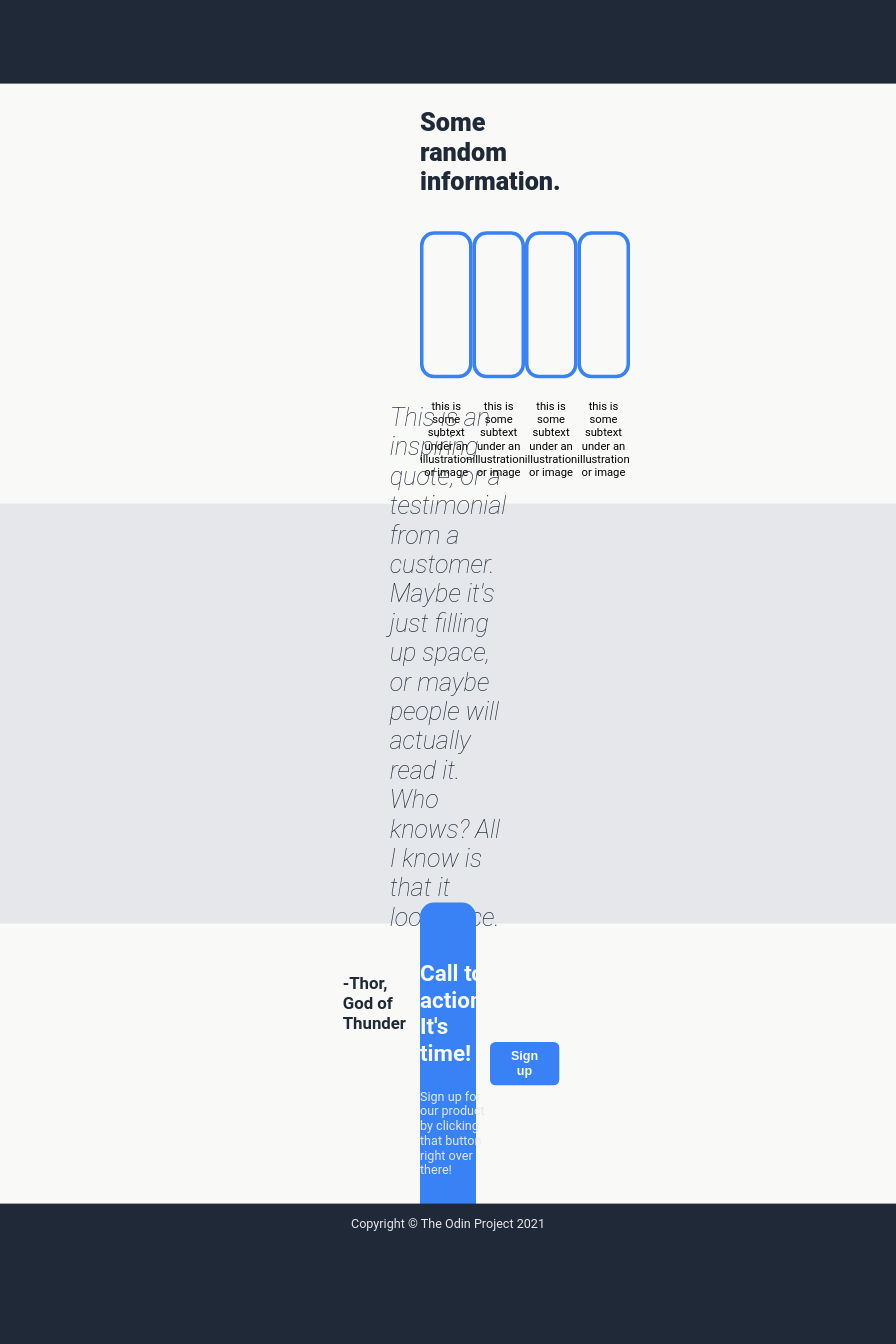
Repository: rsoetydev/landing-page
Page: index.html
The author's editor kept a copy of each file at every save. The page is drawn from the files as they stood at one save, then again after the next save.
The browser window is 1280 px wide. The pictures show the part of the page from y = 758 to 2678 px (the page is 2678 px tall before and 2578 px after), at 70% of full size.

Above is the page before, as saved 2023-11-28 10:53:09.

### index.html
<!DOCTYPE html>
<html lang="en">
<head>
    <meta charset="UTF-8">
    <meta name="viewport" content="width=device-width, initial-scale=1.0">
    <title>Landing Page</title>
    <link rel="stylesheet" href="style.css">
</head>
<body>
    <div class="header">
        <h2 class="header-logo">Header Logo</h2>
        <p class="link-1">header link 1 </p>
        <p class="link-2">header link 2</p>
        <p class="link-3"> header link 3</p>
    </div>

    <div class="hero">
        <div class="hero-text">
            <h1 class="hero-title">This website is awesome</h1>
            <p class="hero-subtext">This website has some subtext that goes here under the main title. It's smaller font and the color is lower contrast</p>
            <button class="sign-up">Sign up</button>
        </div>
        <div class="hero-image-cont">
            this is a placeholder for an image
        </div>
    </div>

    <div class="info">
        <h2 class="info-title">Some random information.</h2>
        <div class="item-cont">
            <div class="item">
                <div class="item-pic"></div>
                <div class="item-text">this is some subtext under an illustration or image</div>
            </div>
            <div class="item">
                <div class="item-pic"></div>
                <div class="item-text">this is some subtext under an illustration or image</div>
            </div>
            <div class="item">
                <div class="item-pic"></div>
                <div class="item-text">this is some subtext under an illustration or image</div>
            </div>
            <div class="item">
                <div class="item-pic"></div>
                <div class="item-text">this is some subtext under an illustration or image</div>
            </div>
        </div>
    </div>

    <div class="quote">
        <p class="quote-text">
            This is an inspiring quote, or a testimonial from a customer. Maybe it's just filling up space, or maybe people will actually read it. Who knows? All I know is that it looks nice.
        </p>
        <p class="quote-author">-Thor, God of Thunder</p>
    </div>

    <div class="c2a">
        <div class="c2a-sub">
            <div class="c2a-text-container">
                <h3>Call to action! It's time!</h3>
                <p class="c2a-text">Sign up for our product by clicking that button right over there!</p>
            </div>
            <button class="c2a-sign-up">Sign up</button>
        </div>
    </div>

    <div class="footer">
        <p class="copyright">Copyright © The Odin Project 2021</p>
    </div>

</body>
</html>

### style.css


:root {
    --dark: #1F2937;
    --gray: #E5E7EB;
    --white: #F9FAF8;
    --blue: #3882F6;

    font-family: 'Roboto', arial;
}

body{
    background-color:var(--white);
    padding: 0;
    margin: 0;
    display: flex;
    flex-direction: column;
}

h1{
    font-size:48px;
    font-weight:900;
    color: var(--white);
}

p{
    color: var(--gray);
    font-size: 18px;
}

h2{
    color: var(--white);
    font-size: 24px;
    font: weight 600px;
    padding:0px;
    margin: 0px;
}

.info-title {
    font-size: 36px;
    color:var(--dark);
    font-weight: 900;
}

.quote-text {
    font-size: 36px;
    font-style: italic;
    font-weight: 200;
    color:var(--dark);
}

button{
    background-color: var(--blue);
    color:var(--white);
    font-size: 18px;
    font-weight: 600;
    padding: 10px 30px;
    border: none;
    border-radius: 10px;
}

.header{
    display:flex;
    background-color: var(--dark);
    justify-content: flex-end;
    gap:30px;
    padding: 50px 600px;
}

.header-logo{
    flex: 1;
}

.hero{
    display:flex;
    background-color: var(--dark);
    padding: 0px 600px;
    height: 700px;
    justify-content:space-between;
    align-items: center;
    gap: 20px;
}

.hero-image-cont{
    background-color:var(--gray);
    display:flex;
    justify-content: center;
    align-items: center;
    width: 800px;
    height: 400px;
}

.info-title{
    text-align: center;
    padding: 0 0 50px 0;
}

.info{
    display: flex;
    flex-direction: column;
    justify-content: center;
    height: 600px;
    padding: 0 600px;
}

.item-cont{
    display:flex;
    justify-content: space-evenly;
}

.item{
    display:flex;
    flex-direction: column;
    width: 200px;
    gap: 30px;
}

.item-pic{
    height:200px;
    flex-grow: 1;
    border-style: solid;
    border-color: var(--blue);
    border-radius: 20px;
    border-width: 5px;
}

.item-text{
    text-align: center;
}

.quote{
    background-color: var(--gray);
    height: 600px;
    display:flex;
    flex-direction: column;
    padding: 0px 600px;
    justify-content: center;
    align-items: center;

}

.quote-author{
    color:var(--dark);
    font-weight: 600;
    font-size: 24px;
    align-self: flex-end;
    padding-right: 100px;
}

.c2a{
    display: flex;
    flex-direction: column;
    justify-content: center;
    height: 400px;
    padding: 0 600px;
}

.c2a-sub{
    background-color:var(--blue);
    display:flex;
    justify-content: space-around;
    padding: 50px 0px;
    border-radius: 20px;
}

h3{
    color: var(--white);
    font-size: 32px;
    font-weight: 600;

}

.c2a-sign-up{
    border-style: solid;
    border-color: var(--white);
    border-width: 2px;
    align-self: center;
}

.footer{
    background-color: var(--dark);
    text-align: center;
    height: 200px;
}

After the next save:
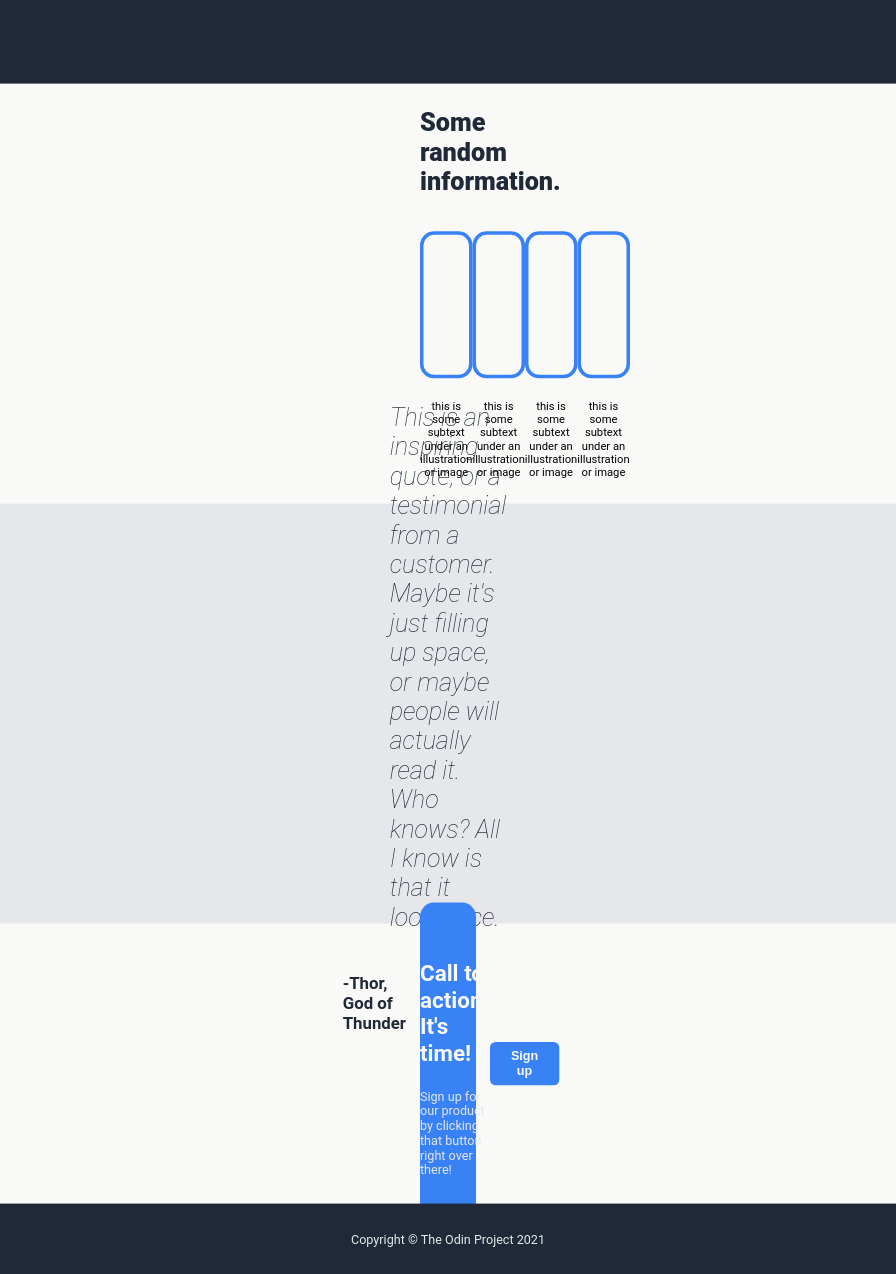
Saved 40 s later.
--- a/style.css
+++ b/style.css
@@ -179,6 +179,8 @@ h3{
 
 .footer{
     background-color: var(--dark);
-    text-align: center;
-    height: 200px;
+    display:flex;
+    justify-content: center;
+    align-items: center;
+    height: 100px;
 }
